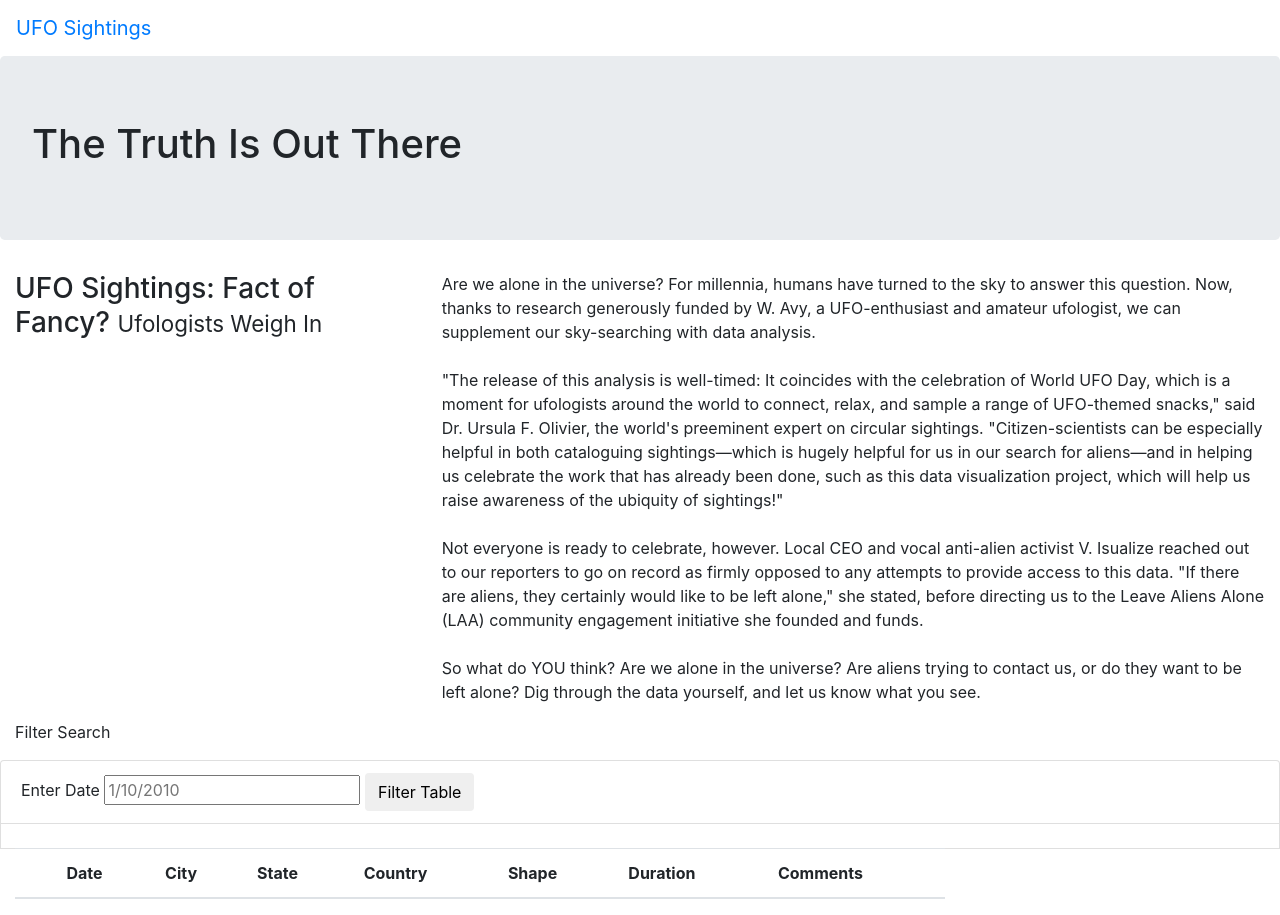
Repository: PaddyHQ/UFOs
Page: index.html
These files come from the project's save history. The page is drawn as it stood at one moment and after the next save; the edit follows.
The browser window is 1280 px wide. The pictures show the whole page.

Above is the page before, as saved 2022-02-02 21:30:38.

After the next save:
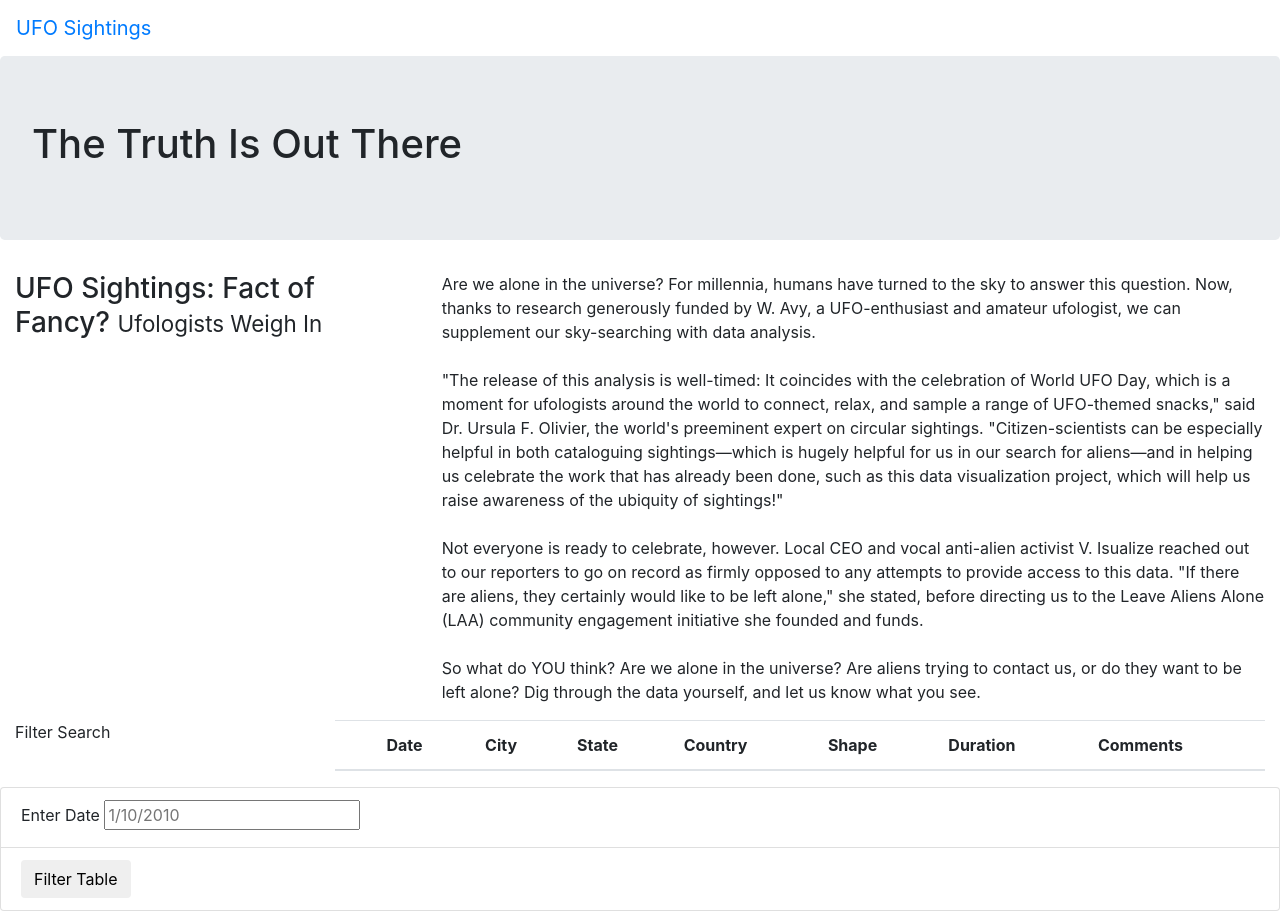
Saved 41 s later.
--- a/index.html
+++ b/index.html
@@ -43,6 +43,23 @@
               </form>
           </div>
           <div class="col-md-9">
+            <table class="table table-striped">
+              <thead>
+                <tr>
+                <th>
+                    <th>Date</th>
+                    <th>City</th>
+                    <th>State</th>
+                    <th>Country</th>
+                    <th>Shape</th>
+                    <th>Duration</th>
+                    <th>Comments</th>
+                </th>
+                </tr>
+              </thead>
+              <tbody></tbody>
+            </table>
+          </div>
 
           </div>
         </div>
@@ -51,29 +68,10 @@
         <li class="list-group-item">
             <label for="date">Enter Date</label>
             <input type="text" placeholder="1/10/2010" id="datetime" />
+        </li>
+        <li class="list-group-item">
             <button id="filter-btn" type="button" class="btn btn-default">Filter Table</button>
         </li>
-        <li class="list-group-item">
-
-        </li>
-    <div class="col-md-9">
-        <table class="table table-striped">
-          <thead>
-            <tr>
-            <th>
-                <th>Date</th>
-                <th>City</th>
-                <th>State</th>
-                <th>Country</th>
-                <th>Shape</th>
-                <th>Duration</th>
-                <th>Comments</th>
-            </th>
-            </tr>
-          </thead>
-          <tbody></tbody>
-        </table>
-      </div>
     </ul>
 </body>
 </html>
